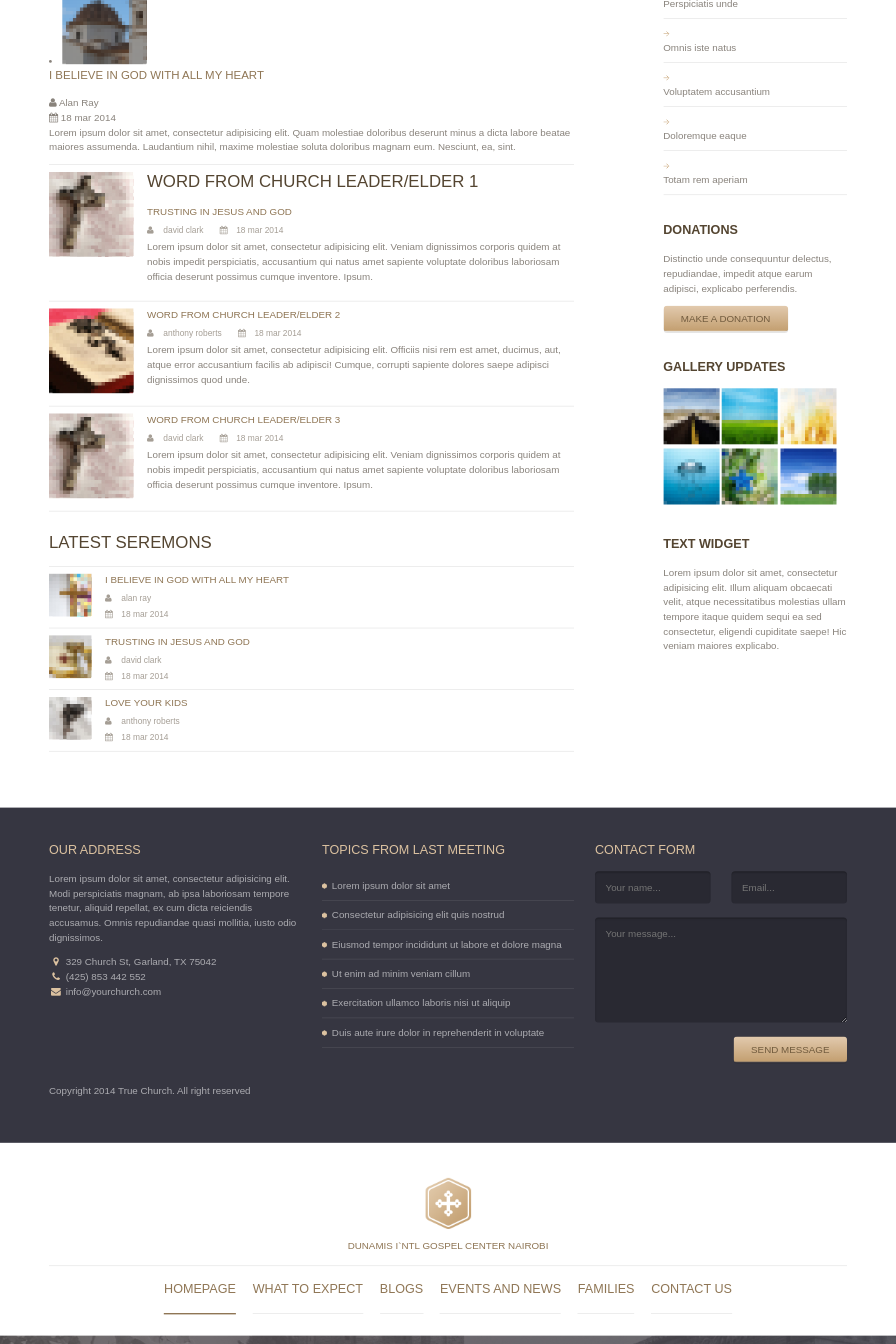
Repository: profbkmurage/churchWebsite
Page: testimonials.html
The author's editor kept a copy of each file at every save. The page is drawn from the files as they stood at one save, then again after the next save.
The browser window is 1280 px wide. The pictures show the part of the page from y = 584 to 2504 px (the page is 4304 px tall before and 4277 px after), at 70% of full size.

Above is the page before, as saved 2024-07-10 21:16:33.

### testimonials.html
<!DOCTYPE html>
<html lang="en">
	<head>
		<meta charset="UTF-8">
		<meta http-equiv="X-UA-Compatible" content="IE=edge">
		<meta name="viewport" content="width=device-width, initial-scale=1.0,maximum-scale=1">

		<title>DIGC NAIROBI</title>

		<!-- Loading third party fonts -->
		<link href="fonts/novecento-font/novecento-font.css" rel="stylesheet" type="text/css">
		<link href="fonts/font-awesome.min.css" rel="stylesheet" type="text/css">

		<!-- Loading main css file -->
		<link rel="stylesheet" href="style.css">

		<!--[if lt IE 9]>
		<script src="js/ie-support/html5.js"></script>
		<script src="js/ie-support/respond.js"></script>
		<![endif]-->

	</head>


	<body>
		<div class="site-content">
			<header class="site-header">
				<div class="container">
					<a href="#" class="branding">
						<img src="images/logo.png" alt="" class="logo">
						<h1 class="site-title">Dunamis I`ntl Gospel Center Nairobi</h1>
					</a>

					<div class="main-navigation">
						<button class="menu-toggle"><i class="fa fa-bars"></i> Menu</button>
						<ul class="menu">
							<li class="menu-item current-menu-item"><a href="index.html">Homepage</a></li>
							<li class="menu-item"><a href="#">What To Expect </a></li>
							<li class="menu-item"><a href="blogs.html">Blogs </a></li>
							<li class="menu-item"><a href="events.html">Events And News </a></li>
							<li class="menu-item"><a href="families.html">Families </a></li>
							<li class="menu-item"><a href="#">Contact Us</a></li>
						</ul>
					</div>
					<div class="mobile-navigation"></div>
				</div>
			</header> <!-- .site-header -->

			<div class="page-head" data-bg-image="images/page-head-1.jpg">
				<div class="container">
					<h2 class="page-title">What to Expect</h2>
				</div>
			</div>

			<main class="main-content">
				<div class="fullwidth-block">
					<div class="container">
						<div class="row">
							<div class="content col-md-8">
								<h2 class="section-title">Word from the Resident Pastor</h2>
									<li>
										<img src="images/thumb-1-120.png" alt="">
										<div class="seremon-detail">
											<h3 class="seremon-title"><a href="#">I believe in God with all my heart</a></h3>
											<div class="seremon-meta">
												<div class="pastor"><i class="fa fa-user"></i> Alan Ray</div>
												<div class="date"><i class="fa fa-calendar"></i> 18 mar 2014</div>
											</div>
											<p>Lorem ipsum dolor sit amet, consectetur adipisicing elit. Quam molestiae doloribus deserunt minus a dicta labore beatae maiores assumenda. Laudantium nihil, maxime molestiae soluta doloribus magnam eum. Nesciunt, ea, sint.</p>
										</div>
									</li>
      								<ul class="seremon-list large">
									<li>
      								<h2 class="section-title">Word from church leader/elder 1 </h2>
										<img src="images/thumb-2-120.jpg" alt="">
										<div class="seremon-detail">
											<h3 class="seremon-title"><a href="#">Trusting in jesus and god</a></h3>
											<div class="seremon-meta">
												<div class="pastor"><i class="fa fa-user"></i> David Clark</div>
												<div class="date"><i class="fa fa-calendar"></i> 18 mar 2014</div>
											</div>
											<p>Lorem ipsum dolor sit amet, consectetur adipisicing elit. Veniam dignissimos corporis quidem at nobis impedit perspiciatis, accusantium qui natus amet sapiente voluptate doloribus laboriosam officia deserunt possimus cumque inventore. Ipsum.</p>
										</div>
									</li>
									<li>
										<img src="images/thumb-3-120.jpg" alt="">
										<div class="seremon-detail">
											<h3 class="seremon-title"><a href="#">Word from church leader/elder 2</a></h3>
											<div class="seremon-meta">
												<div class="pastor"><i class="fa fa-user"></i> anthony roberts</div>
												<div class="date"><i class="fa fa-calendar"></i> 18 mar 2014</div>
											</div>
											<p>Lorem ipsum dolor sit amet, consectetur adipisicing elit. Officiis nisi rem est amet, ducimus, aut, atque error accusantium facilis ab adipisci! Cumque, corrupti sapiente dolores saepe adipisci dignissimos quod unde.</p>
										</div>
									</li>
									<li>
										<img src="images/thumb-2-120.jpg" alt="">
										<div class="seremon-detail">
											<h3 class="seremon-title"><a href="#">Word from church leader/elder 3</a></h3>
											<div class="seremon-meta">
												<div class="pastor"><i class="fa fa-user"></i> David Clark</div>
												<div class="date"><i class="fa fa-calendar"></i> 18 mar 2014</div>
											</div>
											<p>Lorem ipsum dolor sit amet, consectetur adipisicing elit. Veniam dignissimos corporis quidem at nobis impedit perspiciatis, accusantium qui natus amet sapiente voluptate doloribus laboriosam officia deserunt possimus cumque inventore. Ipsum.</p>
										</div>
									</li>
								</ul>

								<h2 class="section-title">Latest seremons</h2>
								<ul class="seremon-list">
									<li>
										<img src="images/small-thumb-1.jpg" alt="">
										<div class="seremon-detail">
											<h3 class="seremon-title"><a href="#">I believe in god with all my heart</a></h3>
											<div class="seremon-meta">
												<div class="pastor"><i class="fa fa-user"></i> Alan Ray</div>
												<div class="date"><i class="fa fa-calendar"></i> 18 mar 2014</div>
											</div>
										</div>
									</li>
									<li>
										<img src="images/small-thumb-2.jpg" alt="">
										<div class="seremon-detail">
											<h3 class="seremon-title"><a href="#">Trusting in jesus and god</a></h3>
											<div class="seremon-meta">
												<div class="pastor"><i class="fa fa-user"></i> David Clark</div>
												<div class="date"><i class="fa fa-calendar"></i> 18 mar 2014</div>
											</div>
										</div>
									</li>
									<li>
										<img src="images/small-thumb-3.jpg" alt="">
										<div class="seremon-detail">
											<h3 class="seremon-title"><a href="#">Love your kids</a></h3>
											<div class="seremon-meta">
												<div class="pastor"><i class="fa fa-user"></i> anthony roberts</div>
												<div class="date"><i class="fa fa-calendar"></i> 18 mar 2014</div>
											</div>
										</div>
									</li>
								</ul>
							</div>
							<div class="sidebar col-md-3 col-md-offset-1">
								<div class="widget">
									<h3 class="widget-title">Categories</h3>
									<ul class="arrow">
										<li><a href="#">Perspiciatis unde</a></li>
										<li><a href="#">Omnis iste natus</a></li>
										<li><a href="#">Voluptatem accusantium</a></li>
										<li><a href="#">Doloremque eaque</a></li>
										<li><a href="#">Totam rem aperiam</a></li>
									</ul>
								</div>

								<div class="widget">
									<h3 class="widget-title">Donations</h3>
									<p>Distinctio unde consequuntur delectus, repudiandae, impedit atque earum adipisci, explicabo perferendis.</p>
									<a href="#" class="button">Make a donation</a>
								</div>

								<div class="widget">
									<h3 class="widget-title">Gallery updates</h3>

									<div class="galery-thumb">
										<a href="#"><img src="images/gallery-thumb-1.jpg" alt=""></a>
										<a href="#"><img src="images/gallery-thumb-2.jpg" alt=""></a>
										<a href="#"><img src="images/gallery-thumb-3.jpg" alt=""></a>
										<a href="#"><img src="images/gallery-thumb-4.jpg" alt=""></a>
										<a href="#"><img src="images/gallery-thumb-5.jpg" alt=""></a>
										<a href="#"><img src="images/gallery-thumb-6.jpg" alt=""></a>
									</div>
								</div>

								<div class="widget">
									<h3 class="widget-title">Text widget </h3>
									<p>Lorem ipsum dolor sit amet, consectetur adipisicing elit. Illum aliquam obcaecati velit, atque necessitatibus molestias ullam tempore itaque quidem sequi ea sed consectetur, eligendi cupiditate saepe! Hic veniam maiores explicabo.</p>
								</div>
							</div>
						</div>
					</div>
				</div>
			</main> <!-- .main-content -->

			<footer class="site-footer">
				<div class="container">
					<div class="row">
						<div class="col-md-4">
							<div class="widget">
								<h3 class="widget-title">Our address</h3>
								<p>Lorem ipsum dolor sit amet, consectetur adipisicing elit. Modi perspiciatis magnam, ab ipsa laboriosam tempore tenetur, aliquid repellat, ex cum dicta reiciendis accusamus. Omnis repudiandae quasi mollitia, iusto odio dignissimos.</p>
								<ul class="address">
									<li><i class="fa fa-map-marker"></i> 329 Church St, Garland, TX 75042</li>
									<li><i class="fa fa-phone"></i> (425) 853 442 552</li>
									<li><i class="fa fa-envelope"></i> info@yourchurch.com</li>
								</ul>
							</div>
						</div>
						<div class="col-md-4">
							<div class="widget">
								<h3 class="widget-title">Topics from last meeting</h3>
								<ul class="bullet">
									<li><a href="#">Lorem ipsum dolor sit amet</a></li>
									<li><a href="#">Consectetur adipisicing elit quis nostrud</a></li>
									<li><a href="#">Eiusmod tempor incididunt ut labore et dolore magna</a></li>
									<li><a href="#">Ut enim ad minim veniam cillum</a></li>
									<li><a href="#">Exercitation ullamco laboris nisi ut aliquip</a></li>
									<li><a href="#">Duis aute irure dolor in reprehenderit in voluptate</a></li>
								</ul>
							</div>
						</div>
						<div class="col-md-4">
							<div class="widget">
								<h3 class="widget-title">Contact form</h3>
								<form action="#" class="contact-form">
									<div class="row">
										<div class="col-md-6"><input type="text" placeholder="Your name..."></div>
										<div class="col-md-6"><input type="text" placeholder="Email..."></div>
									</div>

									<textarea name="" placeholder="Your message..."></textarea>
									<div class="text-right"><input type="submit" value="Send message"></div>

								</form>
							</div>
						</div>
					</div> <!-- .row -->

					<p class="colophon">Copyright 2014 True Church. All right reserved</p>
				</div><!-- .container -->
			</footer> <!-- .site-footer -->

		</div>


		<script src="js/jquery-1.11.1.min.js"></script>
		<script src="js/plugins.js"></script>
		<script src="js/app.js"></script>

	</body>

</html><!DOCTYPE html>
<html lang="en">
	<head>
		<meta charset="UTF-8">
		<meta http-equiv="X-UA-Compatible" content="IE=edge">
		<meta name="viewport" content="width=device-width, initial-scale=1.0,maximum-scale=1">

		<title>DIGC NAIROBI</title>

		<!-- Loading third party fonts -->
		<link href="fonts/novecento-font/novecento-font.css" rel="stylesheet" type="text/css">
		<link href="fonts/font-awesome.min.css" rel="stylesheet" type="text/css">

		<!-- Loading main css file -->
		<link rel="stylesheet" href="style.css">

		<!--[if lt IE 9]>
		<script src="js/ie-support/html5.js"></script>
		<script src="js/ie-support/respond.js"></script>
		<![endif]-->

	</head>


	<body>
		<div class="site-content">
			<header class="site-header">
				<div class="container">
					<a href="#" class="branding">
						<img src="images/logo.png" alt="" class="logo">
						<h1 class="site-title">Dunamis I`ntl Gospel Center Nairobi</h1>
					</a>

					<div class="main-navigation">
						<button class="menu-toggle"><i class="fa fa-bars"></i> Menu</button>
						<ul class="menu">
							<li class="menu-item current-menu-item"><a href="index.html">Homepage</a></li>
							<li class="menu-item"><a href="#">What To Expect </a></li>
							<li class="menu-item"><a href="blogs.html">Blogs </a></li>
							<li class="menu-item"><a href="events.html">Events And News </a></li>
							<li class="menu-item"><a href="families.html">Families </a></li>
							<li class="menu-item"><a href="#">Contact Us</a></li>
						</ul>
					</div>
					<div class="mobile-navigation"></div>
				</div>
			</header> <!-- .site-header -->

			<div class="page-head" data-bg-image="images/page-head-1.jpg">
				<div class="container">
					<h2 class="page-title">Blogs</h2>
				</div>
			</div>

			<main class="main-content">
				<div class="fullwidth-block">
					<div class="container">
						<div class="row">
							<div class="content col-md-8">
								<h2 class="section-title">Upcoming seremons</h2>
								<ul class="seremon-list large">
									<li>
										<img src="images/thumb-1-120.png" alt="">
										<div class="seremon-detail">
											<h3 class="seremon-title"><a href="#">I believe in god with all my heart</a></h3>
											<div class="seremon-meta">
												<div class="pastor"><i class="fa fa-user"></i> Alan Ray</div>
												<div class="date"><i class="fa fa-calendar"></i> 18 mar 2014</div>
											</div>
											<p>Lorem ipsum dolor sit amet, consectetur adipisicing elit. Quam molestiae doloribus deserunt minus a dicta labore beatae maiores assumenda. Laudantium nihil, maxime molestiae soluta doloribus magnam eum. Nesciunt, ea, sint.</p>
										</div>
									</li>
									<li>
										<img src="images/thumb-2-120.jpg" alt="">
										<div class="seremon-detail">
											<h3 class="seremon-title"><a href="#">Trusting in jesus and god</a></h3>
											<div class="seremon-meta">
												<div class="pastor"><i class="fa fa-user"></i> David Clark</div>
												<div class="date"><i class="fa fa-calendar"></i> 18 mar 2014</div>
											</div>
											<p>Lorem ipsum dolor sit amet, consectetur adipisicing elit. Veniam dignissimos corporis quidem at nobis impedit perspiciatis, accusantium qui natus amet sapiente voluptate doloribus laboriosam officia deserunt possimus cumque inventore. Ipsum.</p>
										</div>
									</li>
									<li>
										<img src="images/thumb-3-120.jpg" alt="">
										<div class="seremon-detail">
											<h3 class="seremon-title"><a href="#">Love your kids</a></h3>
											<div class="seremon-meta">
												<div class="pastor"><i class="fa fa-user"></i> anthony roberts</div>
												<div class="date"><i class="fa fa-calendar"></i> 18 mar 2014</div>
											</div>
											<p>Lorem ipsum dolor sit amet, consectetur adipisicing elit. Officiis nisi rem est amet, ducimus, aut, atque error accusantium facilis ab adipisci! Cumque, corrupti sapiente dolores saepe adipisci dignissimos quod unde.</p>
										</div>
									</li>
									<li>
										<img src="images/thumb-2-120.jpg" alt="">
										<div class="seremon-detail">
											<h3 class="seremon-title"><a href="#">Trusting in jesus and god</a></h3>
											<div class="seremon-meta">
												<div class="pastor"><i class="fa fa-user"></i> David Clark</div>
												<div class="date"><i class="fa fa-calendar"></i> 18 mar 2014</div>
											</div>
											<p>Lorem ipsum dolor sit amet, consectetur adipisicing elit. Veniam dignissimos corporis quidem at nobis impedit perspiciatis, accusantium qui natus amet sapiente voluptate doloribus laboriosam officia deserunt possimus cumque inventore. Ipsum.</p>
										</div>
									</li>
								</ul>

								<h2 class="section-title">Latest seremons</h2>
								<ul class="seremon-list">
									<li>
										<img src="images/small-thumb-1.jpg" alt="">
										<div class="seremon-detail">
											<h3 class="seremon-title"><a href="#">I believe in god with all my heart</a></h3>
											<div class="seremon-meta">
												<div class="pastor"><i class="fa fa-user"></i> Alan Ray</div>
												<div class="date"><i class="fa fa-calendar"></i> 18 mar 2014</div>
											</div>
										</div>
									</li>
									<li>
										<img src="images/small-thumb-2.jpg" alt="">
										<div class="seremon-detail">
											<h3 class="seremon-title"><a href="#">Trusting in jesus and god</a></h3>
											<div class="seremon-meta">
												<div class="pastor"><i class="fa fa-user"></i> David Clark</div>
												<div class="date"><i class="fa fa-calendar"></i> 18 mar 2014</div>
											</div>
										</div>
									</li>
									<li>
										<img src="images/small-thumb-3.jpg" alt="">
										<div class="seremon-detail">
											<h3 class="seremon-title"><a href="#">Love your kids</a></h3>
											<div class="seremon-meta">
												<div class="pastor"><i class="fa fa-user"></i> anthony roberts</div>
												<div class="date"><i class="fa fa-calendar"></i> 18 mar 2014</div>
											</div>
										</div>
									</li>
								</ul>
							</div>
							<div class="sidebar col-md-3 col-md-offset-1">
								<div class="widget">
									<h3 class="widget-title">Categories</h3>
									<ul class="arrow">
										<li><a href="#">Perspiciatis unde</a></li>
										<li><a href="#">Omnis iste natus</a></li>
										<li><a href="#">Voluptatem accusantium</a></li>
										<li><a href="#">Doloremque eaque</a></li>
										<li><a href="#">Totam rem aperiam</a></li>
									</ul>
								</div>

								<div class="widget">
									<h3 class="widget-title">Donations</h3>
									<p>Distinctio unde consequuntur delectus, repudiandae, impedit atque earum adipisci, explicabo perferendis.</p>
									<a href="#" class="button">Make a donation</a>
								</div>

								<div class="widget">
									<h3 class="widget-title">Gallery updates</h3>

									<div class="galery-thumb">
										<a href="#"><img src="images/gallery-thumb-1.jpg" alt=""></a>
										<a href="#"><img src="images/gallery-thumb-2.jpg" alt=""></a>
										<a href="#"><img src="images/gallery-thumb-3.jpg" alt=""></a>
										<a href="#"><img src="images/gallery-thumb-4.jpg" alt=""></a>
										<a href="#"><img src="images/gallery-thumb-5.jpg" alt=""></a>
										<a href="#"><img src="images/gallery-thumb-6.jpg" alt=""></a>
									</div>
								</div>

								<div class="widget">
									<h3 class="widget-title">Text widget </h3>
									<p>Lorem ipsum dolor sit amet, consectetur adipisicing elit. Illum aliquam obcaecati velit, atque necessitatibus molestias ullam tempore itaque quidem sequi ea sed consectetur, eligendi cupiditate saepe! Hic veniam maiores explicabo.</p>
								</div>
							</div>
						</div>
					</div>
				</div>
			</main> <!-- .main-content -->

			<footer class="site-footer">
				<div class="container">
					<div class="row">
						<div class="col-md-4">
							<div class="widget">
								<h3 class="widget-title">Our address</h3>
								<p>Lorem ipsum dolor sit amet, consectetur adipisicing elit. Modi perspiciatis magnam, ab ipsa laboriosam tempore tenetur, aliquid repellat, ex cum dicta reiciendis accusamus. Omnis repudiandae quasi mollitia, iusto odio dignissimos.</p>
								<ul class="address">
									<li><i class="fa fa-map-marker"></i> 329 Church St, Garland, TX 75042</li>
									<li><i class="fa fa-phone"></i> (425) 853 442 552</li>
									<li><i class="fa fa-envelope"></i> info@yourchurch.com</li>
								</ul>
							</div>
						</div>
						<div class="col-md-4">
							<div class="widget">
								<h3 class="widget-title">Topics from last meeting</h3>
								<ul class="bullet">
									<li><a href="#">Lorem ipsum dolor sit amet</a></li>
									<li><a href="#">Consectetur adipisicing elit quis nostrud</a></li>
									<li><a href="#">Eiusmod tempor incididunt ut labore et dolore magna</a></li>
									<li><a href="#">Ut enim ad minim veniam cillum</a></li>
									<li><a href="#">Exercitation ullamco laboris nisi ut aliquip</a></li>
									<li><a href="#">Duis aute irure dolor in reprehenderit in voluptate</a></li>
								</ul>
							</div>
						</div>
						<div class="col-md-4">
							<div class="widget">
								<h3 class="widget-title">Contact form</h3>
								<form action="#" class="contact-form">
									<div class="row">
										<div class="col-md-6"><input type="text" placeholder="Your name..."></div>
										<div class="col-md-6"><input type="text" placeholder="Email..."></div>
									</div>

									<textarea name="" placeholder="Your message..."></textarea>
									<div class="text-right"><input type="submit" value="Send message"></div>

								</form>
							</div>
						</div>
					</div> <!-- .row -->

					<p class="colophon">Copyright 2014 True Church. All right reserved</p>
				</div><!-- .container -->
			</footer> <!-- .site-footer -->

		</div>


		<script src="js/jquery-1.11.1.min.js"></script>
		<script src="js/plugins.js"></script>
		<script src="js/app.js"></script>

	</body>

</html>

Loaded but not shown: fonts/novecento-font/novecento-font.css (common file); fonts/font-awesome.min.css (library); js/jquery-1.11.1.min.js (library); js/plugins.js (library); js/app.js (23 lines, source omitted); style.css (1514 lines, source omitted)

After the next save:
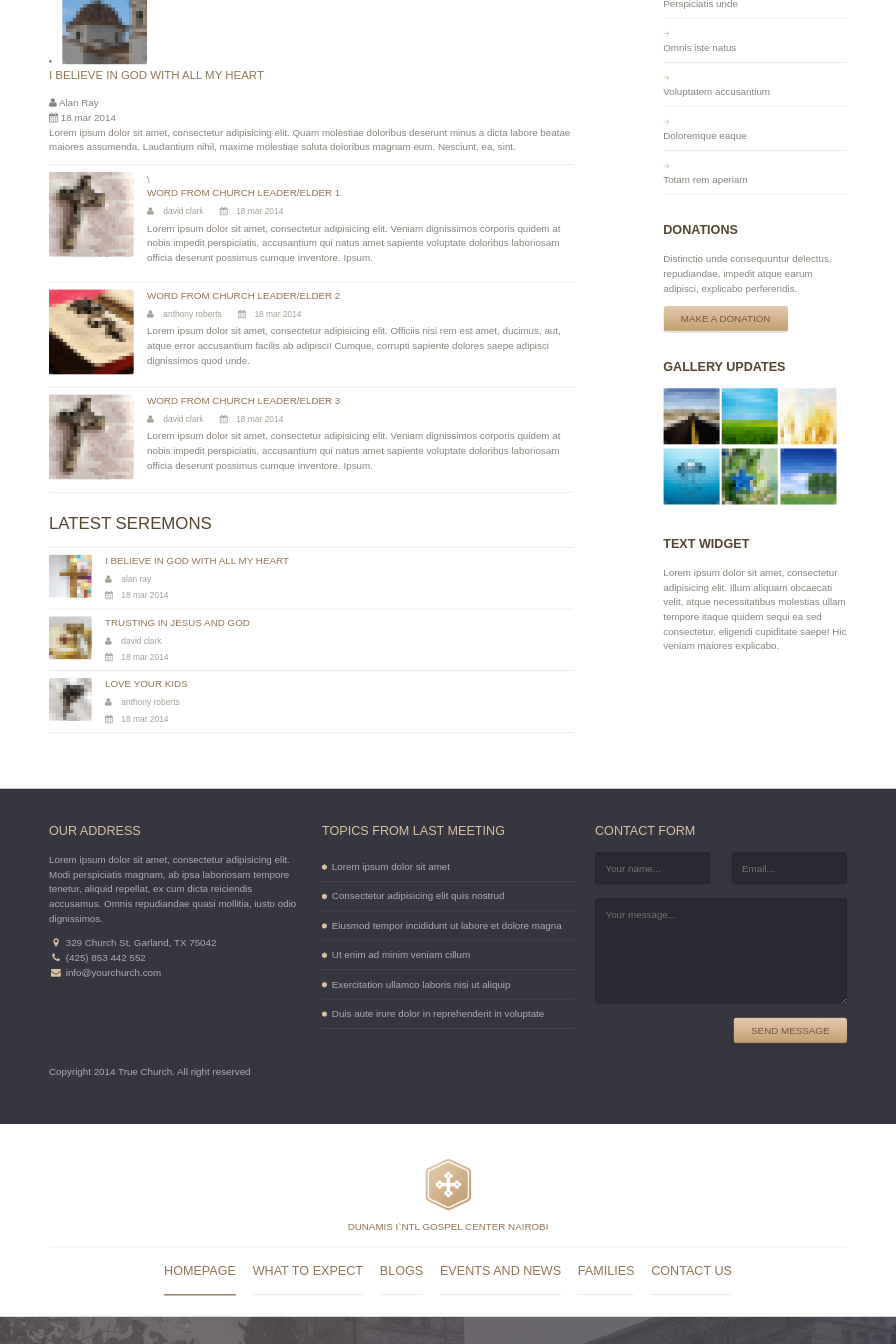
Saved 3 min 35 s later.
--- a/testimonials.html
+++ b/testimonials.html
@@ -71,10 +71,9 @@
 									</li>
       								<ul class="seremon-list large">
 									<li>
-      								<h2 class="section-title">Word from church leader/elder 1 </h2>
-										<img src="images/thumb-2-120.jpg" alt="">
-										<div class="seremon-detail">
-											<h3 class="seremon-title"><a href="#">Trusting in jesus and god</a></h3>
+\										<img src="images/thumb-2-120.jpg" alt="">
+										<div class="seremon-detail">
+											<h3 class="seremon-title"><a href="#">Word from church leader/elder 1</a></h3>
 											<div class="seremon-meta">
 												<div class="pastor"><i class="fa fa-user"></i> David Clark</div>
 												<div class="date"><i class="fa fa-calendar"></i> 18 mar 2014</div>
